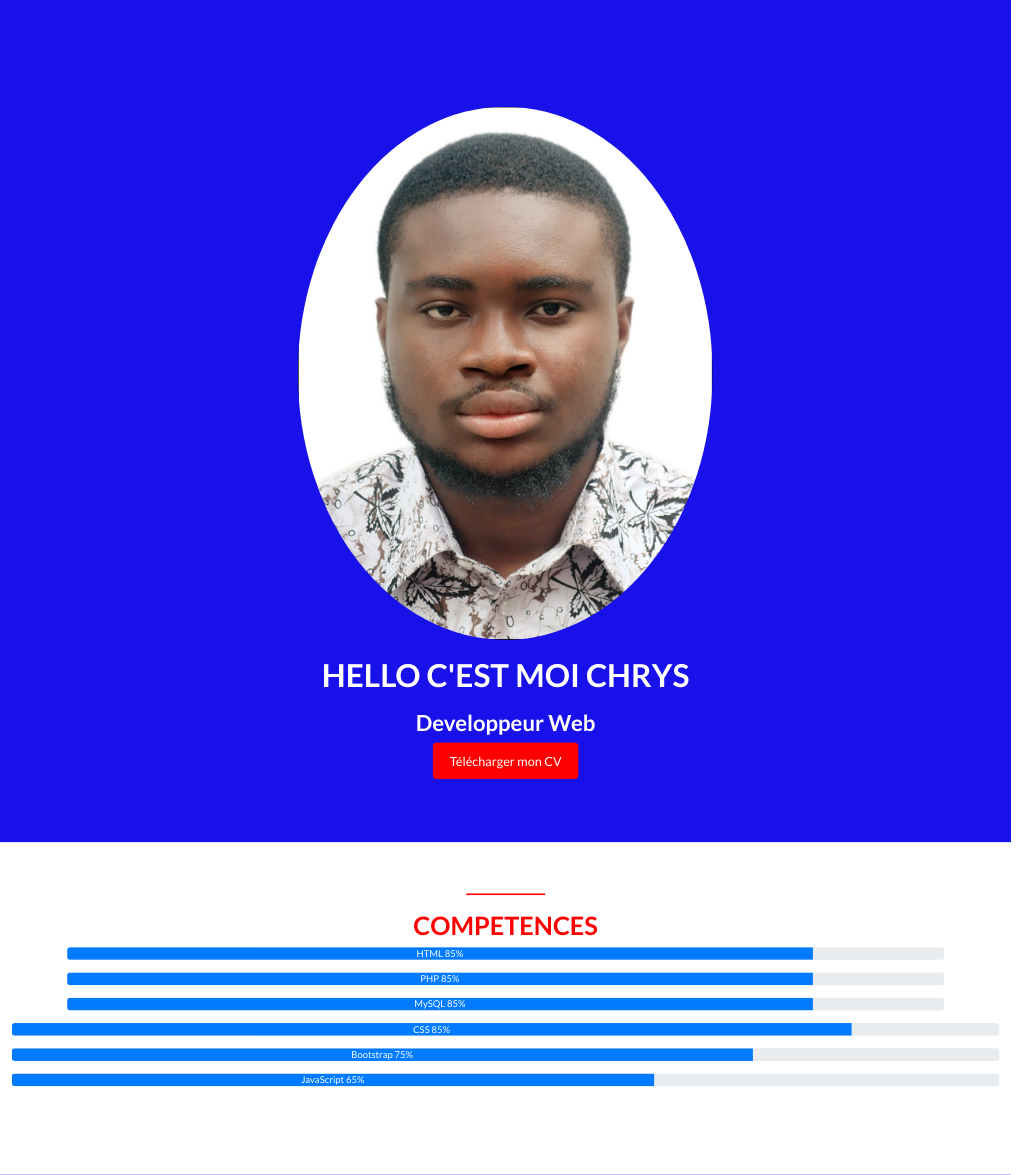
Repository: CHRYSOVR/CV_en_ligne_Interactif
Page: index.html
These files come from the project's save history. The page is drawn as it stood at one moment and after the next save; the edit follows.
The browser window is 1280 px wide. The page is 1280 px wide, then 1295 px, so the pictures cover 1295 px, including what lies to the right of the window. The pictures show the whole page, at 79% of full size.

Above is the page before, as saved 2025-07-07 16:59:28.
Console error: TypeError: Cannot read properties of undefined (reading 'fn')

After the next save:
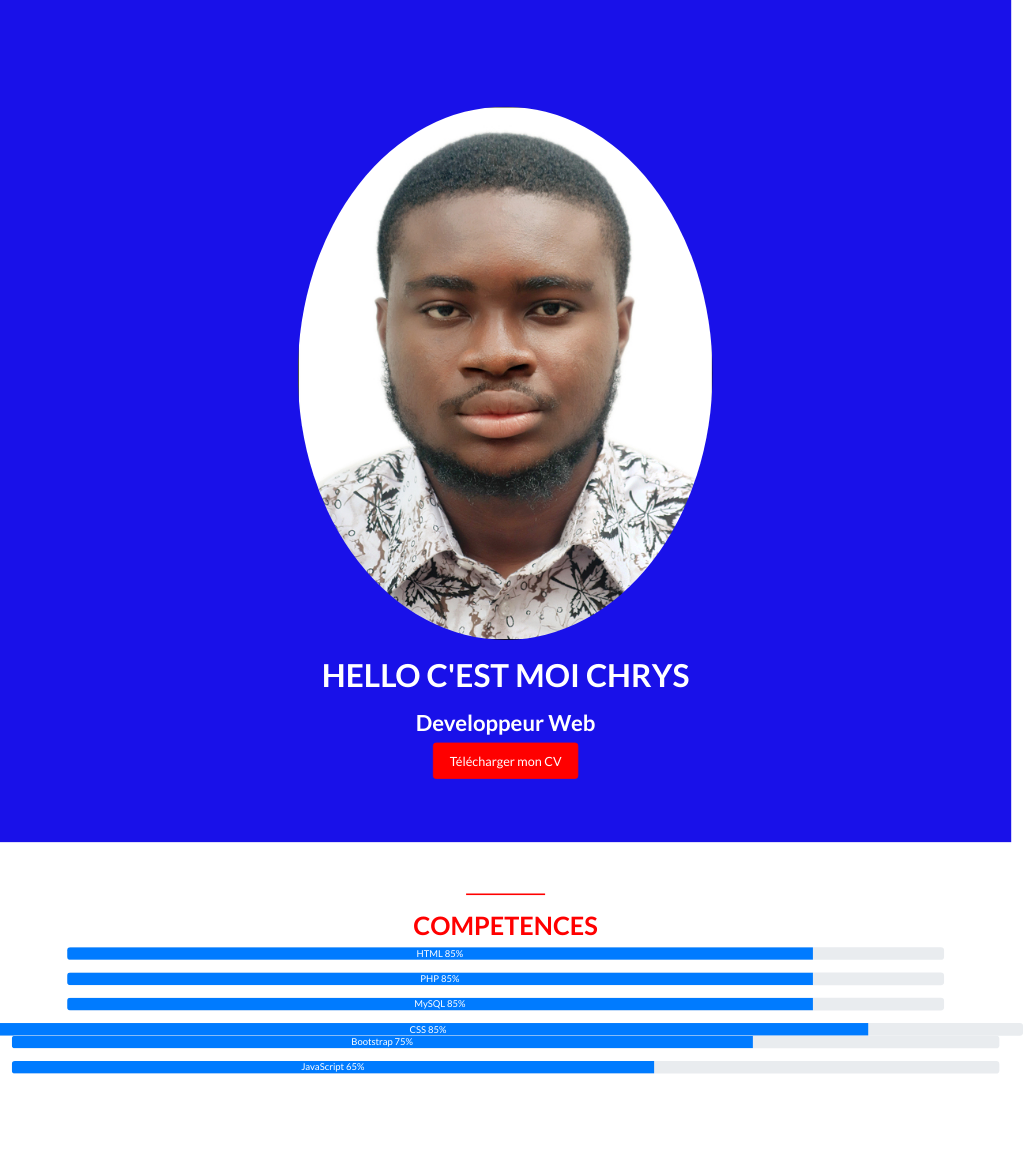
Saved 2 min 50 s later.
--- a/index.html
+++ b/index.html
@@ -47,14 +47,14 @@
                 </div>
             </div>
         </div>
-        <div class="col-12 mb-3">
+        <div class="row flex-column">
             <div class="progress">
                 <div class="progress-bar" role="progressbar" style="width: 85%;" aria-valuenow="85" aria-valuemin="0" aria-valuemax="100">CSS 85%</div>
             </div>
         </div>
         <div class="col-12 mb-3">
             <div class="row">
-                <div class="col-12  mb-3">
+                <div class="col-12 mb-3">
                     <div class="progress">
                         <div class="progress-bar" role="progressbar" style="width: 75%;" aria-valuenow="75" aria-valuemin="0" aria-valuemax="100">Bootstrap 75%</div>
                     </div>
